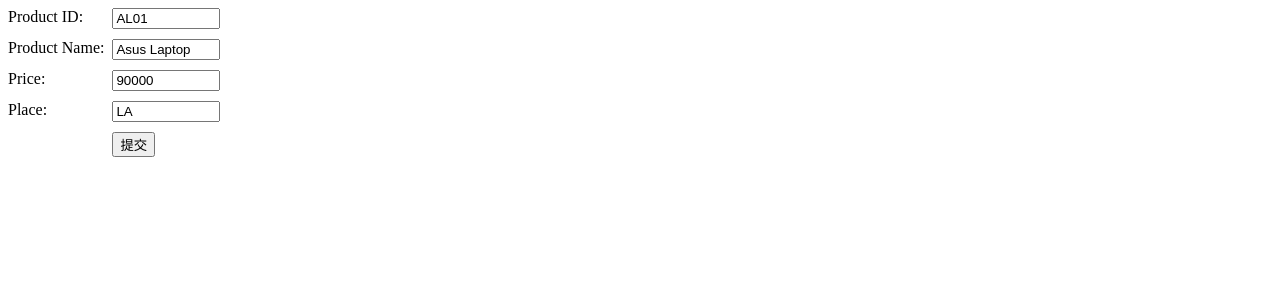
Repository: chofong1999/workspace202607
Page: mvweb0716/src/main/webapp/product.html
An editor plug-in stored every save of this project. The page is shown before and after a run of saves, followed by the edit.
The browser window is 1280 px wide. The pictures show the whole page.

Above is the page before, as saved 2026-07-16 03:51:07.

### mvweb0716/src/main/webapp/product.html
<!DOCTYPE html>
<html>
<head>
<meta charset="UTF-8">
<title>Product Form</title>

<style>
.product-form {
    display: grid;
    grid-template-columns: max-content 100px;
    gap: 10px 8px;
}
.product-form input {
	width:100%;
    grid-column: 2;
    justify-self: start;
}
.product-form button {
    grid-column: 2;
    justify-self: start;
}
</style>
</head>

<body>

<form action="product.jsp" method="post" class="product-form">
    Product ID:<input name="product_id" value="AL01">
    Product Name:<input name="product_name" value="Asus Laptop">
    Price:<input name="price" value="90000">
    Place:<input name="place" value="LA">
    <button>提交</button>
</form>

</body>
</html>

After the next 2 saves:
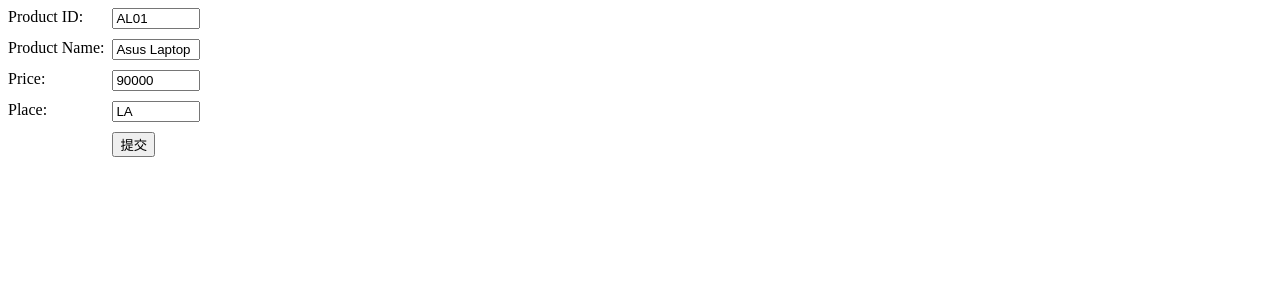
The 2 saves are shown as one change because they came seconds apart.
The last was saved 12 s later.
--- a/mvweb0716/src/main/webapp/product.html
+++ b/mvweb0716/src/main/webapp/product.html
@@ -7,7 +7,7 @@
 <style>
 .product-form {
     display: grid;
-    grid-template-columns: max-content 100px;
+    grid-template-columns: max-content 80px;
     gap: 10px 8px;
 }
 .product-form input {
